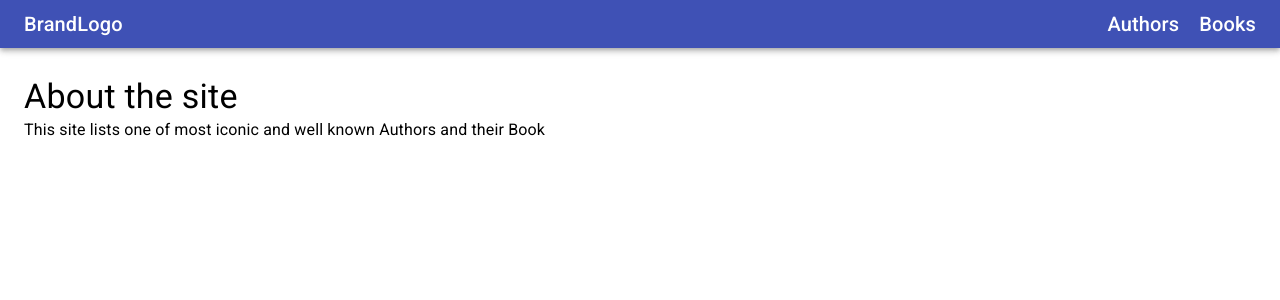
Repository: Sociophuck/00007494
Page: / (app in front/)
An editor plug-in stored every save of this project. The page is shown before and after the next save, followed by the edit.
The browser window is 1280 px wide. The pictures show the whole page.
The project was rebuilt for these pictures with package versions that can differ from the ones it lists, and the page was loaded fresh each time. Also part of the build but not shown: front/src/Author.js, front/src/Book.js, front/src/AuthorDetails.js.

Above is the page before, as saved 2021-04-04 15:38:26.

After the next save:
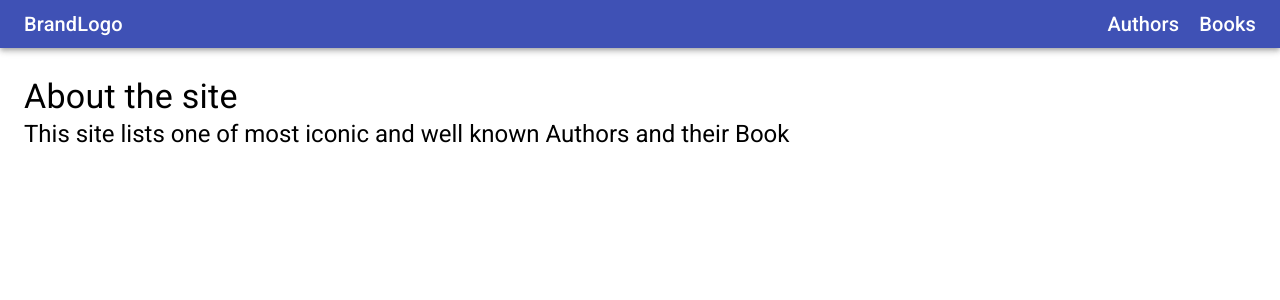
Saved 6 s later.
--- a/front/src/Home.js
+++ b/front/src/Home.js
@@ -4,7 +4,7 @@ function Home() {
   return (
     <Container>
       <Typography variant="h4">About the site</Typography>
-      <Typography variant="body1">
+      <Typography variant="h5">
         This site lists one of most iconic and well known Authors and their Book
       </Typography>
     </Container>
